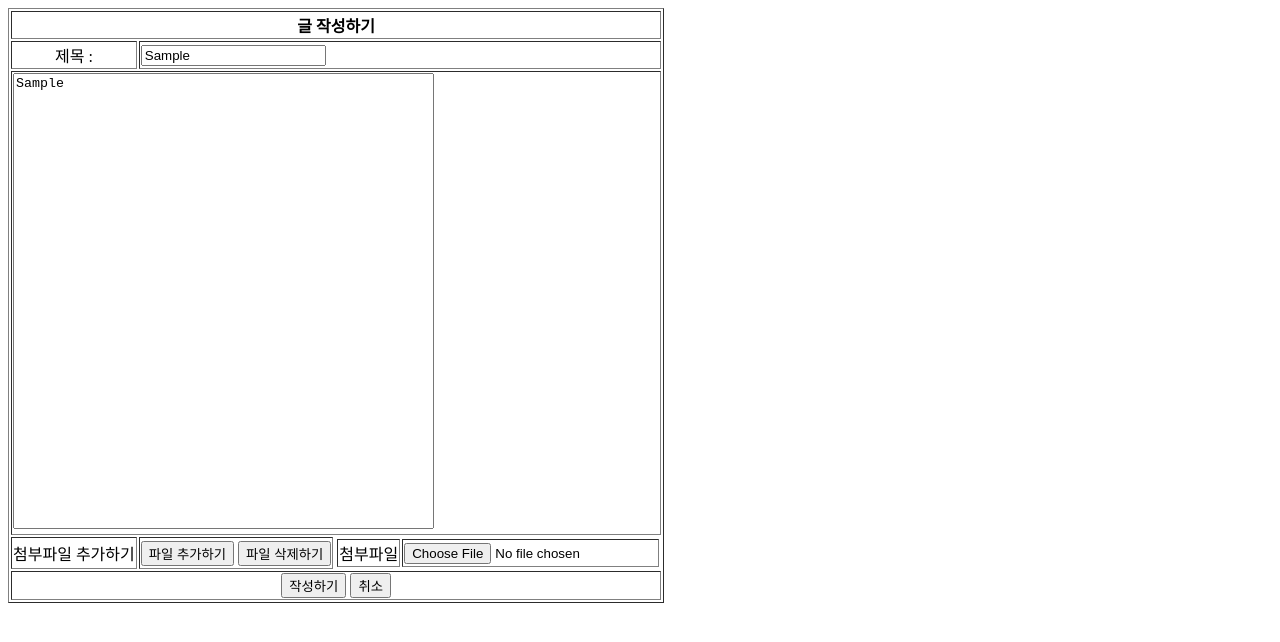
Repository: y2kim/workspace3
Page: WEB_MVC1_JSP_05_25/WebContent/borde/addbordetitle.html
An editor plug-in stored every save of this project. The page is shown before and after the next save, followed by the edit.
The browser window is 1280 px wide. The pictures show the whole page.
Empty fields were first filled with sample values (such as "Sample", 5 or name@example.com).
After loading, the first visible `#addfile` was clicked once.

Above is the page before, as saved 2018-06-04 06:18:27.

After the next save:
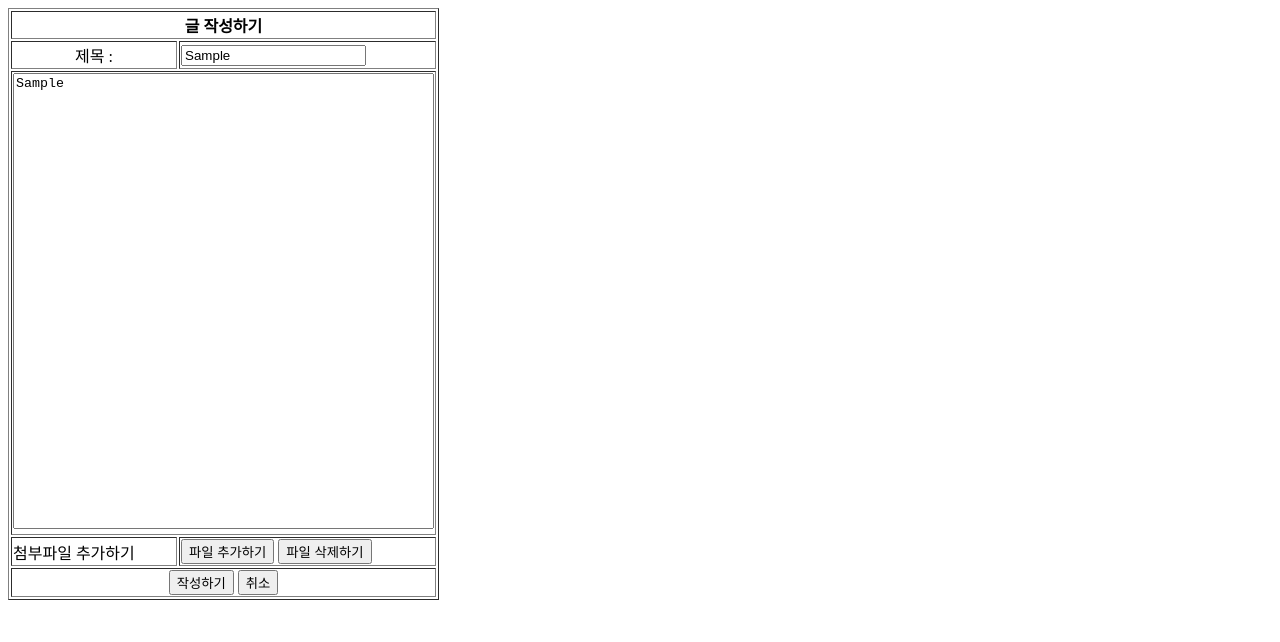
Console error: TypeError: objTo.appendChild is not a function
Saved 23 s later.
--- a/WEB_MVC1_JSP_05_25/WebContent/borde/addbordetitle.html
+++ b/WEB_MVC1_JSP_05_25/WebContent/borde/addbordetitle.html
@@ -44,7 +44,7 @@
  		   alert("5개 이상 추가 하실수 없습니다");
 
  	   }else{
- 	   var objTo = document.getElementById('putfile')
+ 	   var objTo = $('#putfile')
  	   var trtest = document.createElement("tr");
  	   trtest.innerHTML = "<tr id=\"fileid"+files+"\" ><td>첨부파일</td><td><input type=\"file\"   name=\"file"+files+"\"></td></tr>"
 
